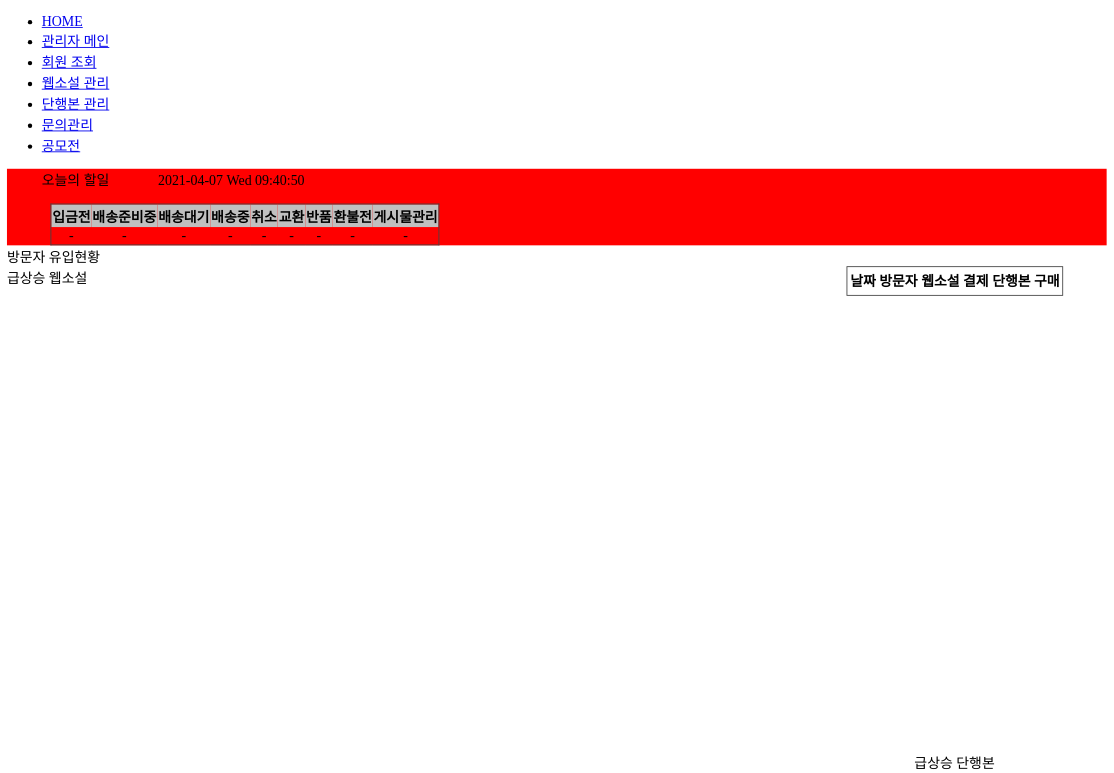
Repository: hoony0203/firstbook
Page: http://localhost/first_book/admin/main
The author's editor kept a copy of each file at every save. The page is drawn from the files as they stood at one save, then again after the next save.
The browser window is 1280 px wide. The pictures show the whole page, at 87% of full size.
The page is served by Tomcat 9.

Above is the page before, as saved 2021-04-10 08:32:12.

After the next save:
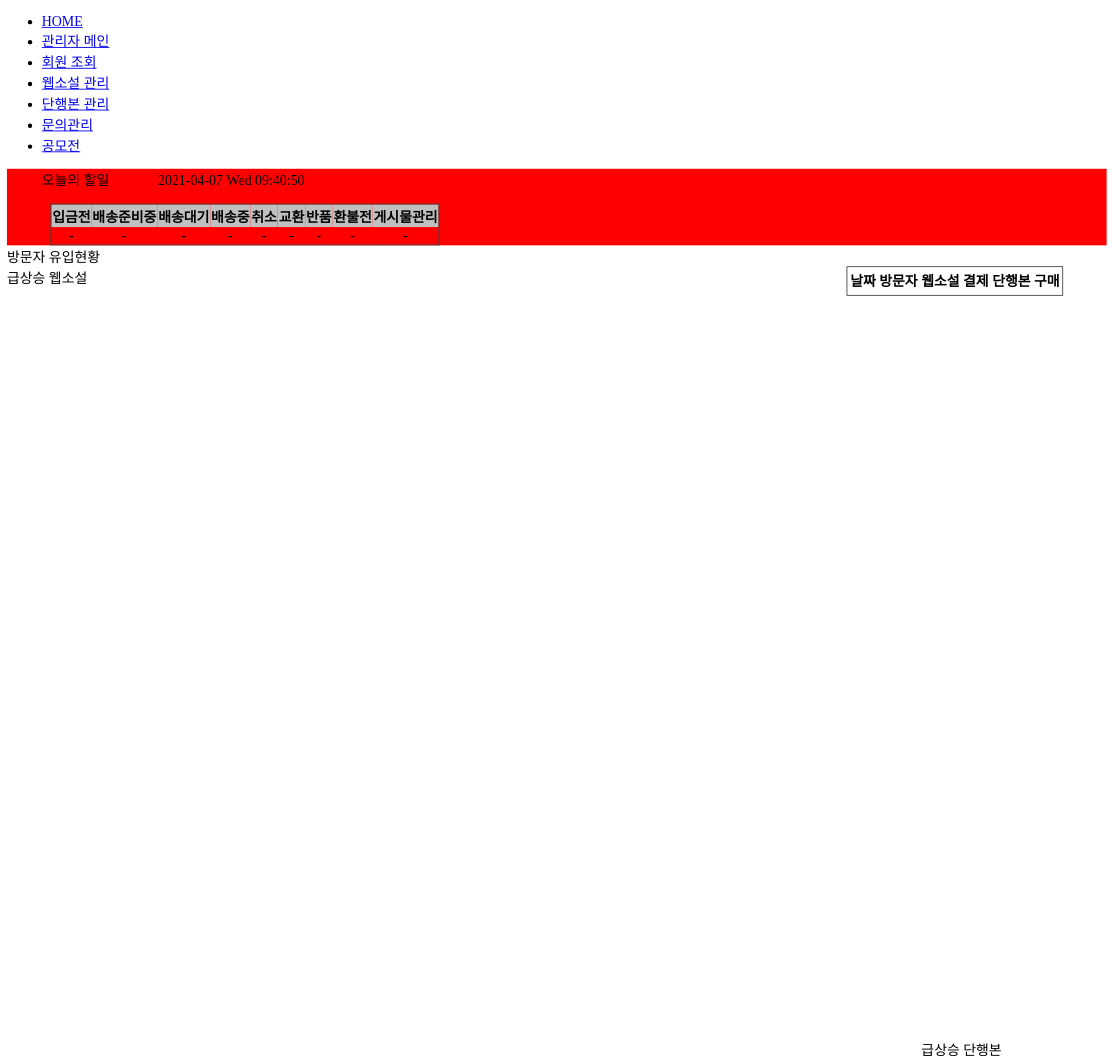
Saved 13 s later.
--- a/first_book/web/WEB-INF/views/admin/adminMain.jsp
+++ b/first_book/web/WEB-INF/views/admin/adminMain.jsp
@@ -16,7 +16,7 @@
 	#a1 table>thead { background-color: silver; }
 	#a3 table { float: right; margin-right: 50px; border: 1px solid #444444;}
 
-	#a5 { position : absolute; width: 121px; height: 23px; left: 1051px; top: 864px; }
+	#a5 { position : relative; width: 121px; height: 23px; left: 1051px; top: 864px; }
 
 </style>
 

After the save that followed:
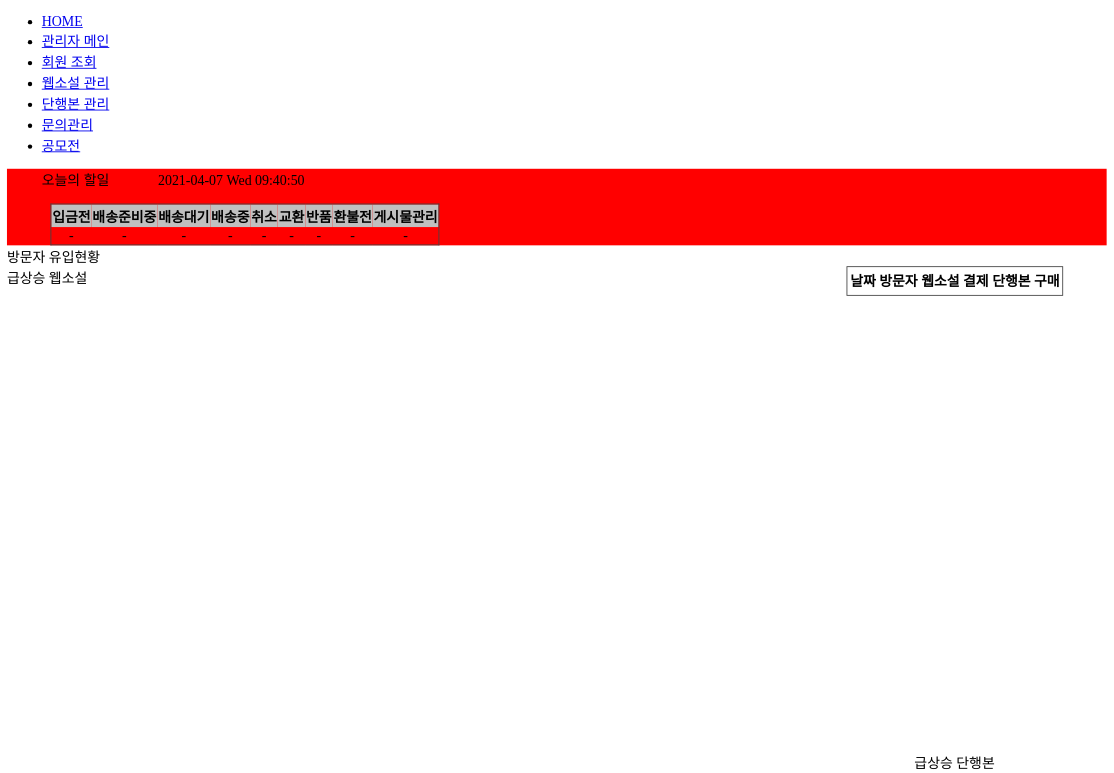
Saved 8 s later.
--- a/first_book/web/WEB-INF/views/admin/adminMain.jsp
+++ b/first_book/web/WEB-INF/views/admin/adminMain.jsp
@@ -16,7 +16,7 @@
 	#a1 table>thead { background-color: silver; }
 	#a3 table { float: right; margin-right: 50px; border: 1px solid #444444;}
 
-	#a5 { position : relative; width: 121px; height: 23px; left: 1051px; top: 864px; }
+	#a5 { position : absolute; width: 121px; height: 23px; left: 1051px; top: 864px; }
 
 </style>
 
